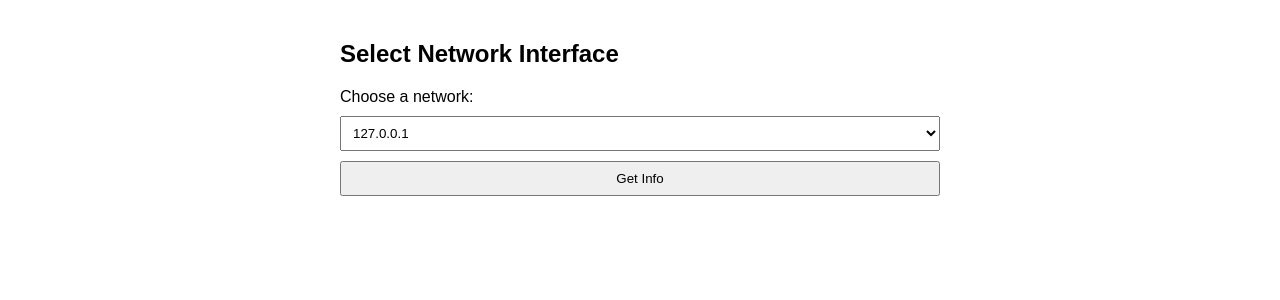
Repository: khulqu15/rov.commander
Page: http://localhost/planner/
These files come from the project's save history. The page is drawn as it stood at one moment and after the next save; the edit follows.
The browser window is 1280 px wide. The pictures show the whole page.
The page is served by the project's application, run on Django 5.2 (manage.py). Other server files are loaded and not shown.

Above is the page before, as saved 2025-02-06 20:42:52.

### templates/index.html
<!DOCTYPE html>
<html lang="en">
<head>
    <meta charset="UTF-8">
    <meta name="viewport" content="width=device-width, initial-scale=1.0">
    <title>Select Network</title>
    <style>
        body {
            font-family: Arial, sans-serif;
            padding: 20px;
            max-width: 600px;
            margin: auto;
        }
        select, button {
            margin-top: 10px;
            padding: 8px;
            width: 100%;
        }
        .result {
            margin-top: 20px;
            padding: 10px;
            border: 1px solid #ddd;
            background: #f9f9f9;
        }
    </style>
</head>
<body>

    <h2>Select Network Interface</h2>

    <form method="GET">
        <label for="interface">Choose a network:</label>
        <select name="interface" id="interface">
            {% for interface in interfaces %}
                <option value="{{ interface }}" {% if interface == selected_interface %}selected{% endif %}>{{ interface }}</option>
            {% endfor %}
        </select>
        <button type="submit">Get Info</button>
    </form>

    {% if selected_interface %}
        <div class="result">
            <h3>Selected Network: {{ selected_interface }}</h3>
            <h4>TCP/IP Addresses:</h4>
            <ul>
                {% for ip in tcpIp %}
                    <li>{{ ip }}</li>
                {% endfor %}
            </ul>
            <h4>COM Ports:</h4>
            <ul>
                {% for port in comPorts %}
                    <li>{{ port.device }} - {{ port.description }}</li>
                {% endfor %}
            </ul>
        </div>
    {% endif %}

</body>
</html>

### network/views.py
import socket
import serial.tools.list_ports
from rest_framework.response import Response
from rest_framework.decorators import api_view
from django.shortcuts import render
from django.http import JsonResponse

serial_connection = False

def get_network_interfaces():
    """Mendapatkan daftar interface jaringan yang tersedia"""
    interfaces = set()
    host_name = socket.gethostname()
    for ip in socket.getaddrinfo(host_name, None):
        interfaces.add(ip[4][0])
    return list(interfaces)

@api_view(["GET"])
def get_network_info(request):
    interfaces = get_network_interfaces()
    selected_interface = request.GET.get("interface", None)

    ip_list = []
    com_ports = []

    if selected_interface:
        ip_list = [ip for ip in interfaces if ip == selected_interface]

        ports = list(serial.tools.list_ports.comports())
        com_ports = [{"device": port.device, "description": port.description} for port in ports]

    return render(request, "index.html", {
        "interfaces": interfaces,
        "selected_interface": selected_interface,
        "tcpIp": ip_list,
        "comPorts": com_ports
    })

@api_view(["POST"])
def connect_device(request):
    global serial_connection
    port_name = request.POST.get("port")
    baud_rate = request.POST.get("baud", 9600)
    if not port_name:
        return JsonResponse({"error": "No COM Selected"})
    try:
        serial_connection = serial.Serial(port_name, baudrate=int(baud_rate), timeout=1)
        return("/planner")
    except Exception as e:
        return JsonResponse({"error": str(e)}, status=500)

### missionCore/urls.py
"""
URL configuration for missionCore project.

The `urlpatterns` list routes URLs to views. For more information please see:
    https://docs.djangoproject.com/en/5.1/topics/http/urls/
Examples:
Function views
    1. Add an import:  from my_app import views
    2. Add a URL to urlpatterns:  path('', views.home, name='home')
Class-based views
    1. Add an import:  from other_app.views import Home
    2. Add a URL to urlpatterns:  path('', Home.as_view(), name='home')
Including another URLconf
    1. Import the include() function: from django.urls import include, path
    2. Add a URL to urlpatterns:  path('blog/', include('blog.urls'))
"""
from django.contrib import admin
from django.urls import path, include

urlpatterns = [
    path('admin/', admin.site.urls),
    path('', include('network.urls'))
]

### network/urls.py
from django.urls import path
from .views import get_network_info

urlpatterns = [
    path('planner/', get_network_info, name='planner'),
]

After the next save:
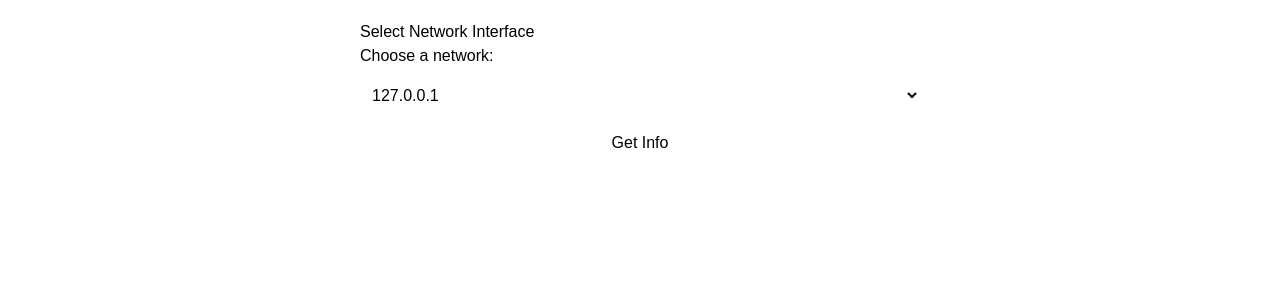
Saved 11 min 17 s later.
--- a/templates/index.html
+++ b/templates/index.html
@@ -3,6 +3,7 @@
 <head>
     <meta charset="UTF-8">
     <meta name="viewport" content="width=device-width, initial-scale=1.0">
+    <script src="https://unpkg.com/@tailwindcss/browser@4"></script>
     <title>Select Network</title>
     <style>
         body {
